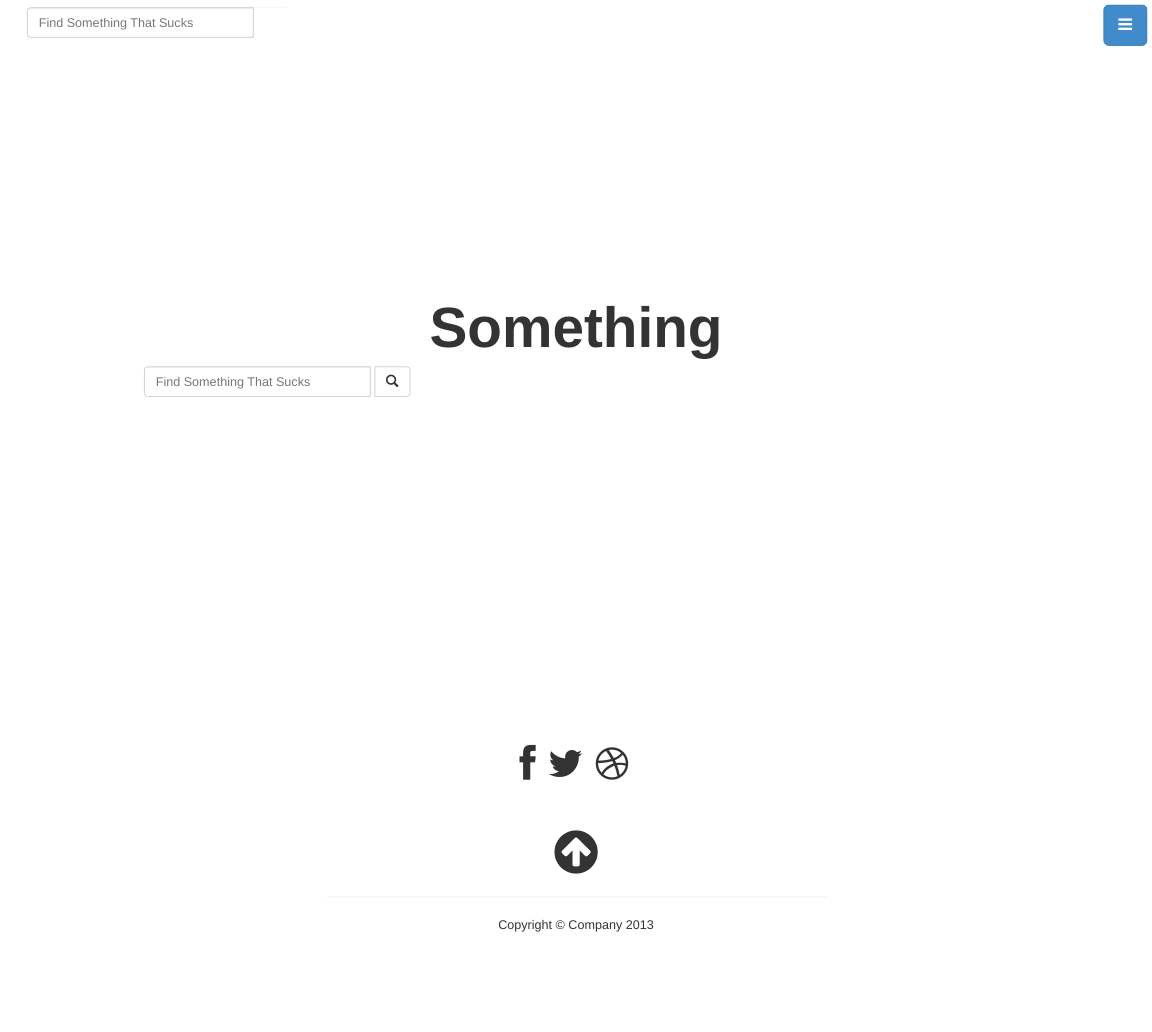
Repository: rajisreehari/sr
Page: http://localhost/SRWeb/WEB-INF/views/sr/find.jsp
An editor plug-in stored every save of this project. The page is shown before and after the next save, followed by the edit.
The browser window is 1280 px wide. The pictures show the whole page, at 90% of full size.
Backgrounds fixed to the window are drawn as part of the page. The page is served by Tomcat 9. Nobody is signed in. The template is opened directly, without the code that normally fills it, so the values that code supplies are empty.

Above is the page before, as saved 2014-07-16 16:17:10.

After the next save:
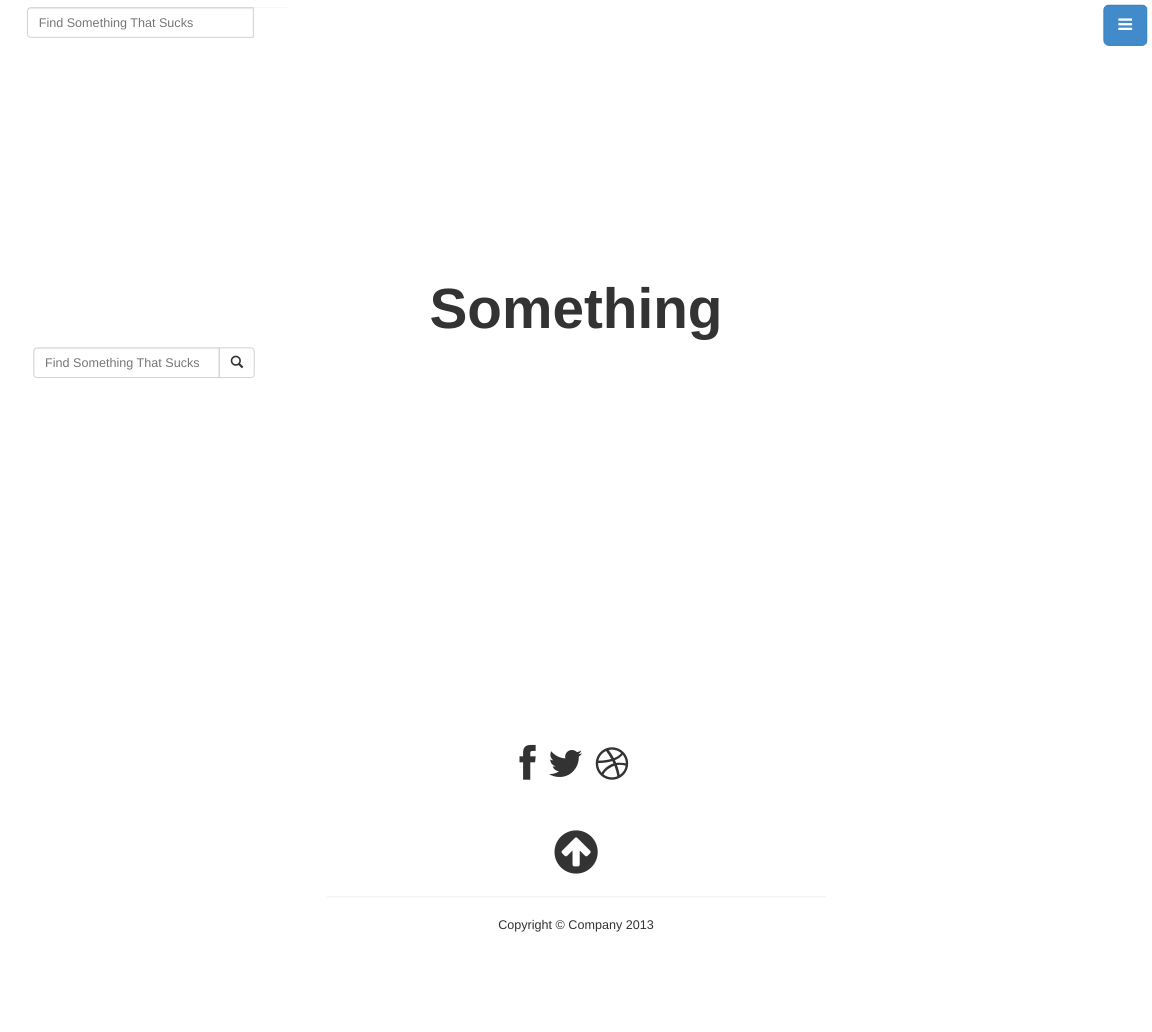
Saved 6 s later.
--- a/SRWeb/WebContent/WEB-INF/views/sr/find.jsp
+++ b/SRWeb/WebContent/WEB-INF/views/sr/find.jsp
@@ -6,7 +6,7 @@
 
 		<div class="col-sm-3 col-md-3 pull-left">
 			<form class="navbar-form" role="search">
-				<div id="myCoolDiv" class="input-group">
+				<div class="input-group">
 					<input type="text" class="form-control" placeholder="Find Something That Sucks" name="q">
 					<div class="input-group-btn">
 						<button class="btn btn-default" type="submit">
